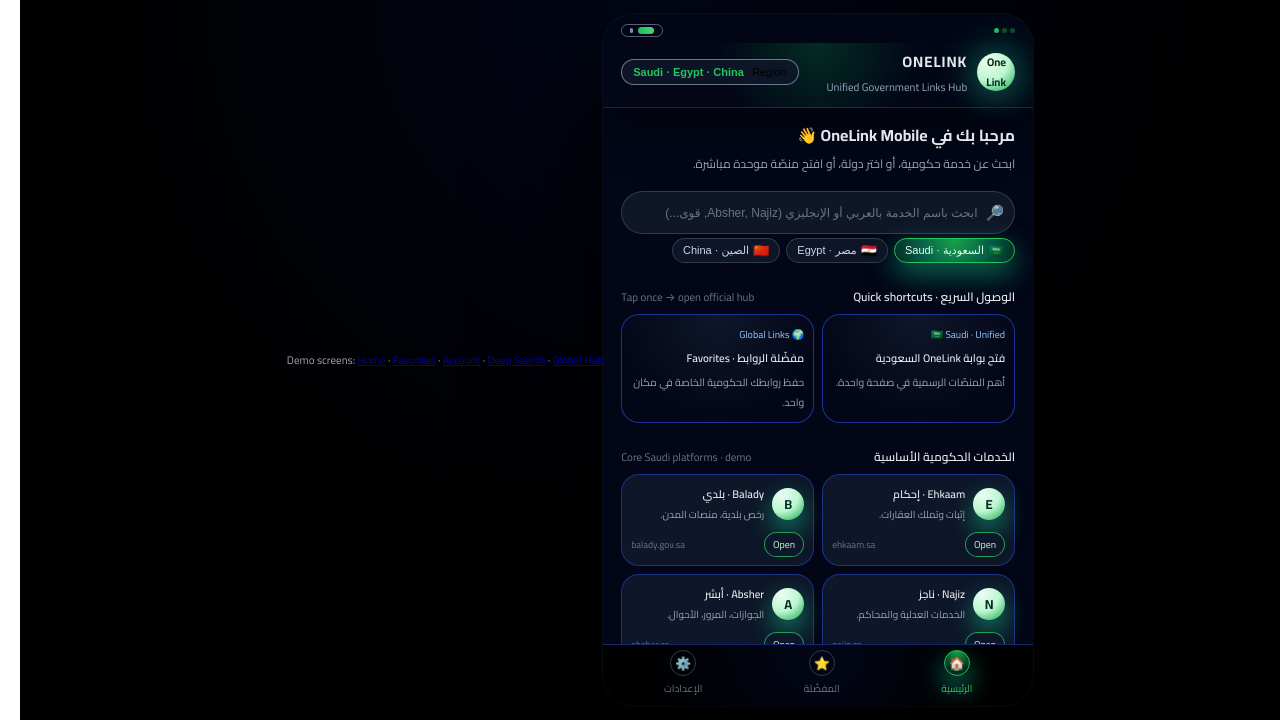
Repository: seesafar/GovLinksApp
Page: docs/app-ui/app-home-global.html
The author's editor kept a copy of each file at every save. The page is drawn from the files as they stood at one save, then again after a run of saves.
The browser window is 1280 px wide. The pictures show the whole page.
An inner scrolling area shows only its first screen.

Above is the page before, as saved 2025-11-30 21:28:58.

### docs/app-ui/app-home-global.html
<!DOCTYPE html>
<html lang="ar" dir="rtl">
<head>
  <meta charset="UTF-8" />
  <title>OneLink Mobile · Home</title>
  <meta name="viewport" content="width=device-width, initial-scale=1.0" />

  <!-- خط Cairo (نفس طابع OneLink) -->
  <link rel="preconnect" href="https://fonts.googleapis.com" />
  <link rel="preconnect" href="https://fonts.gstatic.com" crossorigin />
  <link
    href="https://fonts.googleapis.com/css2?family=Cairo:wght@400;600;700&display=swap"
    rel="stylesheet"
  />

  <style>
    * {
      box-sizing: border-box;
      margin: 0;
      padding: 0;
    }

    body {
      min-height: 100vh;
      font-family: "Cairo", system-ui, -apple-system, "Segoe UI", sans-serif;
      background: radial-gradient(circle at top, #020617 0, #000 60%, #000 100%);
      display: flex;
      align-items: center;
      justify-content: center;
      color: #e5e7eb;
    }

    .app-frame {
      width: 100%;
      max-width: 430px;
      height: 820px;
      max-height: 96vh;
      border-radius: 32px;
      background: radial-gradient(circle at top, #020617 0, #020617 40%, #020617 100%);
      box-shadow:
        0 40px 120px rgba(0, 0, 0, 0.9),
        0 0 0 1px rgba(15, 23, 42, 0.9);
      overflow: hidden;
      display: flex;
      flex-direction: column;
      position: relative;
    }

    /* شريط علوي */
    .top-status {
      padding: 10px 18px 6px;
      display: flex;
      justify-content: space-between;
      align-items: center;
      font-size: 11px;
      color: #9ca3af;
    }

    .signal-dots {
      display: flex;
      gap: 3px;
    }

    .signal-dots span {
      width: 5px;
      height: 5px;
      border-radius: 999px;
      background: #22c55e;
      opacity: 0.35;
    }

    .signal-dots span:nth-child(3) {
      opacity: 1;
    }

    .battery {
      border-radius: 999px;
      padding: 2px 8px;
      border: 1px solid rgba(148, 163, 184, 0.6);
      display: flex;
      align-items: center;
      gap: 5px;
    }

    .battery-bar {
      width: 16px;
      height: 7px;
      border-radius: 999px;
      background: linear-gradient(90deg, #22c55e, #4ade80);
    }

    .battery-tip {
      width: 3px;
      height: 5px;
      border-radius: 2px;
      background: rgba(148, 163, 184, 0.9);
    }

    /* هيدر التطبيق */
    .app-header {
      padding: 4px 18px 10px;
      display: flex;
      justify-content: space-between;
      align-items: center;
      border-bottom: 1px solid rgba(30, 64, 175, 0.5);
      background: radial-gradient(circle at top, #022c22 0, #020617 45%, #020617 100%);
      box-shadow: 0 18px 45px rgba(0, 0, 0, 0.5);
    }

    .brand-left {
      display: flex;
      align-items: center;
      gap: 10px;
    }

    .brand-orb {
      width: 38px;
      height: 38px;
      border-radius: 999px;
      background: radial-gradient(circle at 30% 20%, #ecfee8, #bbf7d0, #16a34a);
      box-shadow:
        0 0 40px rgba(16, 185, 129, 0.8),
        0 8px 26px rgba(15, 23, 42, 0.9);
      display: flex;
      align-items: center;
      justify-content: center;
      font-size: 11px;
      color: #022c22;
      font-weight: 700;
    }

    .brand-texts {
      display: flex;
      flex-direction: column;
      gap: 1px;
    }

    .brand-texts h1 {
      font-size: 15px;
      letter-spacing: 0.06em;
    }

    .brand-texts span {
      font-size: 11px;
      color: #94a3b8;
    }

    .region-pill {
      font-size: 11px;
      border-radius: 999px;
      padding: 6px 11px;
      background: rgba(15, 23, 42, 0.9);
      border: 1px solid rgba(148, 163, 184, 0.7);
      display: inline-flex;
      align-items: center;
      gap: 5px;
      cursor: pointer;
    }

    .region-pill strong {
      color: #22c55e;
    }

    /* المحتوى */
    .content {
      flex: 1;
      padding: 10px 18px 12px;
      display: flex;
      flex-direction: column;
      gap: 12px;
      overflow-y: auto;
      scrollbar-width: thin;
      scrollbar-color: #22c55e transparent;
    }

    .welcome {
      margin-top: 2px;
    }

    .welcome h2 {
      font-size: 16px;
      margin-bottom: 2px;
    }

    .welcome p {
      font-size: 12px;
      color: #9ca3af;
    }

    /* البحث */
    .search-box {
      margin-top: 4px;
      background: rgba(15, 23, 42, 0.96);
      border-radius: 999px;
      border: 1px solid rgba(55, 65, 81, 0.9);
      padding: 6px 10px;
      display: flex;
      align-items: center;
      gap: 8px;
    }

    .search-icon {
      font-size: 15px;
      opacity: 0.9;
    }

    .search-input {
      flex: 1;
      border: none;
      outline: none;
      background: transparent;
      color: #e5e7eb;
      font-size: 12px;
    }

    .search-input::placeholder {
      color: #6b7280;
    }

    /* محوّل الدول السريع */
    .region-row {
      display: flex;
      gap: 6px;
      margin-top: 4px;
      flex-wrap: wrap;
    }

    .region-chip {
      border-radius: 999px;
      padding: 4px 10px;
      font-size: 11px;
      border: 1px solid rgba(55, 65, 81, 0.9);
      background: rgba(15, 23, 42, 0.92);
      color: #cbd5f5;
      display: inline-flex;
      align-items: center;
      gap: 4px;
      cursor: pointer;
    }

    .region-chip span.flag {
      font-size: 13px;
    }

    .region-chip--active {
      border-color: #22c55e;
      background: radial-gradient(circle at top, #16a34a 0, #065f46 55%, #022c22 100%);
      color: #ecfdf5;
      box-shadow: 0 10px 28px rgba(16, 185, 129, 0.6);
    }

    /* قسم المختصرات */
    .section-title {
      margin-top: 10px;
      font-size: 12px;
      color: #9ca3af;
      display: flex;
      justify-content: space-between;
      align-items: center;
    }

    .section-title span.label {
      font-weight: 600;
      color: #e5e7eb;
    }

    .section-title span.mini {
      font-size: 11px;
      color: #64748b;
    }

    .quick-actions {
      margin-top: 6px;
      display: grid;
      grid-template-columns: repeat(2, minmax(0, 1fr));
      gap: 8px;
    }

    .quick-card {
      border-radius: 18px;
      background: radial-gradient(circle at top, #0f172a 0, #020617 75%);
      border: 1px solid rgba(30, 64, 175, 0.8);
      padding: 10px 9px;
      font-size: 11px;
      display: flex;
      flex-direction: column;
      gap: 4px;
      cursor: pointer;
      transition: transform 0.14s ease, box-shadow 0.14s ease, border-color 0.14s ease;
    }

    .quick-card:hover {
      transform: translateY(-2px);
      box-shadow: 0 14px 30px rgba(15, 23, 42, 0.9);
      border-color: #22c55e;
    }

    .quick-tag {
      font-size: 10px;
      color: #93c5fd;
    }

    .quick-main {
      font-weight: 600;
    }

    .quick-sub {
      color: #9ca3af;
      font-size: 10.5px;
    }

    /* كروت الخدمات */
    .services-grid {
      margin-top: 6px;
      display: grid;
      grid-template-columns: repeat(2, minmax(0, 1fr));
      gap: 8px;
    }

    .service-card {
      border-radius: 18px;
      background: rgba(15, 23, 42, 0.98);
      border: 1px solid rgba(30, 64, 175, 0.7);
      padding: 9px 9px 8px;
      display: flex;
      flex-direction: column;
      gap: 5px;
      font-size: 11px;
      cursor: pointer;
      transition: transform 0.14s ease, box-shadow 0.14s ease, border-color 0.14s ease;
    }

    .service-card:hover {
      transform: translateY(-1px);
      border-color: #22c55e;
      box-shadow: 0 12px 28px rgba(15, 23, 42, 0.9);
    }

    .service-top {
      display: flex;
      gap: 8px;
      align-items: center;
    }

    .service-icon {
      width: 32px;
      height: 32px;
      border-radius: 999px;
      background: radial-gradient(circle at 30% 20%, #ecfdf5, #bbf7d0, #16a34a);
      display: flex;
      align-items: center;
      justify-content: center;
      color: #022c22;
      font-weight: 700;
      font-size: 13px;
      flex-shrink: 0;
      box-shadow: 0 10px 24px rgba(16, 185, 129, 0.65);
    }

    .service-names {
      flex: 1;
      display: flex;
      flex-direction: column;
      gap: 1px;
    }

    .service-title {
      font-weight: 600;
    }

    .service-sub {
      font-size: 10px;
      color: #9ca3af;
    }

    .service-meta {
      display: flex;
      justify-content: space-between;
      align-items: center;
      font-size: 10px;
      color: #9ca3af;
      margin-top: 3px;
    }

    .service-badge {
      border-radius: 999px;
      padding: 2px 8px;
      background: rgba(15, 23, 42, 0.98);
      border: 1px solid rgba(34, 197, 94, 0.8);
      color: #bbf7d0;
      font-size: 10px;
    }

    .service-link-mini {
      font-size: 9.5px;
      color: #64748b;
      direction: ltr;
    }

    /* ملحوظة أسفل الخدمات */
    .note {
      margin-top: 4px;
      font-size: 9.5px;
      color: #6b7280;
      text-align: center;
      line-height: 1.6;
    }

    /* التاب بار السفلي */
    .tabbar {
      height: 62px;
      border-top: 1px solid rgba(30, 64, 175, 0.6);
      background: radial-gradient(circle at top, #020617 0, #000 80%);
      display: flex;
      align-items: center;
      justify-content: space-around;
      padding: 6px 10px 8px;
    }

    .tab-item {
      display: flex;
      flex-direction: column;
      align-items: center;
      gap: 3px;
      font-size: 10px;
      color: #6b7280;
      cursor: pointer;
    }

    .tab-icon {
      width: 26px;
      height: 26px;
      border-radius: 999px;
      border: 1px solid rgba(55, 65, 81, 0.9);
      display: flex;
      align-items: center;
      justify-content: center;
      font-size: 13px;
    }

    .tab-item--active {
      color: #22c55e;
    }

    .tab-item--active .tab-icon {
      border-color: #22c55e;
      background: radial-gradient(circle at top, #16a34a 0, #022c22 70%);
      box-shadow: 0 12px 26px rgba(16, 185, 129, 0.7);
    }
  </style>
</head>
<body>
  <body>
  <div data-include="../core/layout/header.html"></div>
  <div class="app-frame">
    <!-- شريط أعلى بسيط (إشارة جوال) -->
    <div class="top-status">
      <div class="signal-dots">
        <span></span><span></span><span></span>
      </div>
      <div class="battery">
        <div class="battery-bar"></div>
        <div class="battery-tip"></div>
      </div>
    </div>

    <!-- هيدر التطبيق -->
    <header class="app-header">
      <div class="brand-left">
        <div class="brand-orb">
          One<br>Link
        </div>
        <div class="brand-texts">
          <h1>ONELINK</h1>
          <span>Unified Government Links Hub</span>
        </div>
      </div>

      <button class="region-pill" type="button">
        <span>Region:</span>
        <strong>Saudi · Egypt · China</strong>
      </button>
    </header>
<div class="region-tabs">
  <!-- tabs السعودية - مصر - الصين - عالمي -->
</div>
    <!-- المحتوى الرئيسي -->
    <main class="content">
      <section class="welcome">
        <h2>مرحبا بك في OneLink Mobile 👋</h2>
        <p>ابحث عن خدمة حكومية، أو اختر دولة، أو افتح منصّة موحدة مباشرة.</p>
      </section>

      <!-- البحث -->
      <section>
        <div class="search-box">
          <span class="search-icon">🔎</span>
          <input
            class="search-input"
            type="search"
            placeholder="ابحث باسم الخدمة بالعربي أو الإنجليزي (Absher, Najiz, قوى...)"
          />
        </div>

        <div class="region-row">
          <button class="region-chip region-chip--active" type="button">
            <span class="flag">🇸🇦</span> السعودية · Saudi
          </button>
          <button class="region-chip" type="button">
            <span class="flag">🇪🇬</span> مصر · Egypt
          </button>
          <button class="region-chip" type="button">
            <span class="flag">🇨🇳</span> الصين · China
          </button>
        </div>
      </section>

      <!-- مختصرات -->
      <section>
        <div class="section-title">
          <span class="label">الوصول السريع · Quick shortcuts</span>
          <span class="mini">Tap once → open official hub</span>
        </div>

        <div class="quick-actions">
          <div class="quick-card">
            <span class="quick-tag">🇸🇦 Saudi · Unified</span>
            <div class="quick-main">فتح بوابة OneLink السعودية</div>
            <div class="quick-sub">أهم المنصّات الرسمية في صفحة واحدة.</div>
          </div>

          <div class="quick-card">
            <span class="quick-tag">🌍 Global Links</span>
            <div class="quick-main">مفضّلة الروابط · Favorites</div>
            <div class="quick-sub">حفظ روابطك الحكومية الخاصة في مكان واحد.</div>
          </div>
        </div>
      </section>

      <!-- خدمات أساسية -->
      <section>
        <div class="section-title">
          <span class="label">الخدمات الحكومية الأساسية</span>
          <span class="mini">Core Saudi platforms · demo</span>
        </div>

        <div class="services-grid">
          <!-- Ehkaam -->
          <article class="service-card">
            <div class="service-top">
              <div class="service-icon">E</div>
              <div class="service-names">
                <div class="service-title">Ehkaam · إحكام</div>
                <div class="service-sub">إثبات وتملك العقارات.</div>
              </div>
            </div>
            <div class="service-meta">
              <span class="service-badge">Open</span>
              <span class="service-link-mini">ehkaam.sa</span>
            </div>
          </article>

          <!-- Balady -->
          <article class="service-card">
            <div class="service-top">
              <div class="service-icon">B</div>
              <div class="service-names">
                <div class="service-title">Balady · بلدي</div>
                <div class="service-sub">رخص بلدية، منصات المدن.</div>
              </div>
            </div>
            <div class="service-meta">
              <span class="service-badge">Open</span>
              <span class="service-link-mini">balady.gov.sa</span>
            </div>
          </article>

          <!-- Najiz -->
          <article class="service-card">
            <div class="service-top">
              <div class="service-icon">N</div>
              <div class="service-names">
                <div class="service-title">Najiz · ناجز</div>
                <div class="service-sub">الخدمات العدلية والمحاكم.</div>
              </div>
            </div>
            <div class="service-meta">
              <span class="service-badge">Open</span>
              <span class="service-link-mini">najiz.sa</span>
            </div>
          </article>

          <!-- Absher -->
          <article class="service-card">
            <div class="service-top">
              <div class="service-icon">A</div>
              <div class="service-names">
                <div class="service-title">Absher · أبشر</div>
                <div class="service-sub">الجوازات، المرور، الأحوال.</div>
              </div>
            </div>
            <div class="service-meta">
              <span class="service-badge">Open</span>
              <span class="service-link-mini">absher.sa</span>
            </div>
          </article>

          <!-- Tawakkalna -->
          <article class="service-card">
            <div class="service-top">
              <div class="service-icon">T</div>
              <div class="service-names">
                <div class="service-title">Tawakkalna · توكلنا</div>
                <div class="service-sub">هوية رقمية وخدمات عامة.</div>
              </div>
            </div>
            <div class="service-meta">
              <span class="service-badge">Open</span>
              <span class="service-link-mini">tawakkalna.sa</span>
            </div>
          </article>

          <!-- Nafath -->
          <article class="service-card">
            <div class="service-top">
              <div class="service-icon">ID</div>
              <div class="service-names">
                <div class="service-title">Nafath · نفاذ</div>
                <div class="service-sub">دخول موحّد للخدمات الرقمية.</div>
              </div>
            </div>
            <div class="service-meta">
              <span class="service-badge">Open</span>
              <span class="service-link-mini">iam.gov.sa</span>
            </div>
          </article>
        </div>
      </section>

      <p class="note">
        هذا التصميم واجهة تجريبية (Concept UI) لتطبيق OneLink Mobile — جميع الروابط
        الحقيقية ستفتح دائماً في المواقع الحكومية الرسمية فقط.
      </p>
    </main>

    <!-- شريط التبويب السفلي -->
    <nav class="tabbar">
      <div class="tab-item tab-item--active">
        <div class="tab-icon">🏠</div>
        <span>الرئيسية</span>
      </div>
      <div class="tab-item">
        <div class="tab-icon">⭐</div>
        <span>المفضّلة</span>
      </div>
      <div class="tab-item">
        <div class="tab-icon">⚙️</div>
        <span>الإعدادات</span>
      </div>
    </nav>
  </div>
</body>
</html>
<div style="text-align:center; margin: 16px 0; font-size: 11px; opacity: .7;">
  Demo screens:
  <a href="app-home-global.html">Home</a> ·
  <a href="app-favorites-global.html">Favorites</a> ·
  <a href="app-account.html">Account</a> ·
  <a href="app-deep-search.html">Deep Search</a> ·
  <a href="app-global-hub.html">Global Hub</a>
</div>

After the next 2 saves:
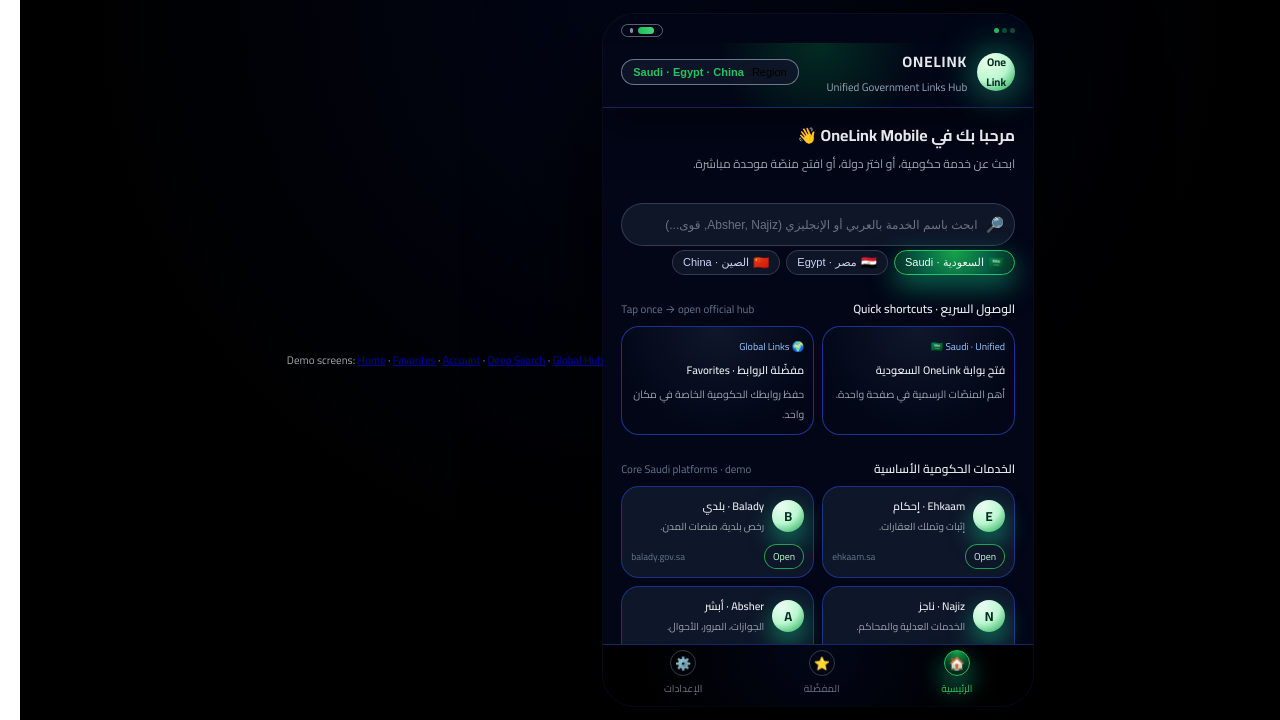
The 2 saves are shown as one change because they came seconds apart.
The last was saved 49 s later.
--- a/docs/app-ui/app-home-global.html
+++ b/docs/app-ui/app-home-global.html
@@ -490,7 +490,9 @@
         <h2>مرحبا بك في OneLink Mobile 👋</h2>
         <p>ابحث عن خدمة حكومية، أو اختر دولة، أو افتح منصّة موحدة مباشرة.</p>
       </section>
-
+<div class="global-search-box">
+  <!-- صندوق البحث + الأيقونة -->
+</div>
       <!-- البحث -->
       <section>
         <div class="search-box">
